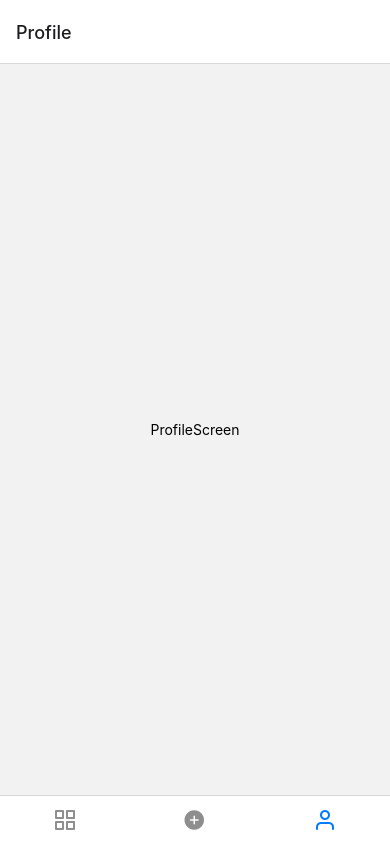
Repository: mitru0217/rn-hw
Screen: /Profile
These files come from the project's save history. The screen is drawn as it stood at one moment and after the next save; the edit follows.
The app was drawn by React Native's web renderer in a window 390 px wide. The project was rebuilt for these pictures with package versions that can differ from the ones it lists, and the page was loaded fresh each time. Some packages were replaced by stand-ins written for this rebuild. Also part of the build but not shown: Screens/auth/RegistrationScreen.js, Screens/auth/LoginScreen.js, Screens/nestedScreens/MapScreen.js, Screens/nestedScreens/CommentsScreen.js, Screens/main/CreatePostsScreen.js.

Above is the screen before, as saved 2023-03-28 19:57:34.

After the next save:
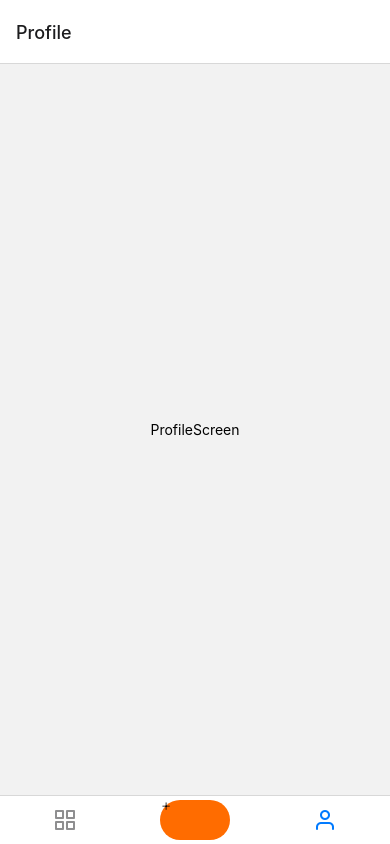
Saved 14 min 47 s later.
--- a/components/router.js
+++ b/components/router.js
@@ -1,7 +1,7 @@
 import React from "react";
 import { createStackNavigator } from "@react-navigation/stack";
 import { createBottomTabNavigator } from "@react-navigation/bottom-tabs";
-
+import { StyleSheet, Text, TouchableOpacity, View, Image } from "react-native";
 //import Icons
 import { Feather } from "@expo/vector-icons";
 import { Ionicons } from "@expo/vector-icons";
@@ -47,7 +47,9 @@ export const userRoute = (isAuth) => {
       <MainTab.Screen
         options={{
           tabBarIcon: ({ focused, size, color }) => (
-            <Ionicons name='md-add-circle' size={24} color={color} />
+            <TouchableOpacity activeOpacity={0.8} style={styles.addButton}>
+              <Ionicons name='add' size={13} color='black' />
+            </TouchableOpacity>
           ),
         }}
         name='Create Post'
@@ -65,3 +67,20 @@ export const userRoute = (isAuth) => {
     </MainTab.Navigator>
   );
 };
+
+const styles = StyleSheet.create({
+  addButton: {
+    width: 70,
+    height: 40,
+    backgroundColor: "#FF6C00",
+    borderRadius: 20,
+  },
+});
+
+// <TouchableOpacity
+// activeOpacity={0.8}
+// style={styles.button}
+// onPress={handlerSubmit}
+// >
+// <Text style={styles.btnTitle}>LogIn</Text>
+// </TouchableOpacity>
